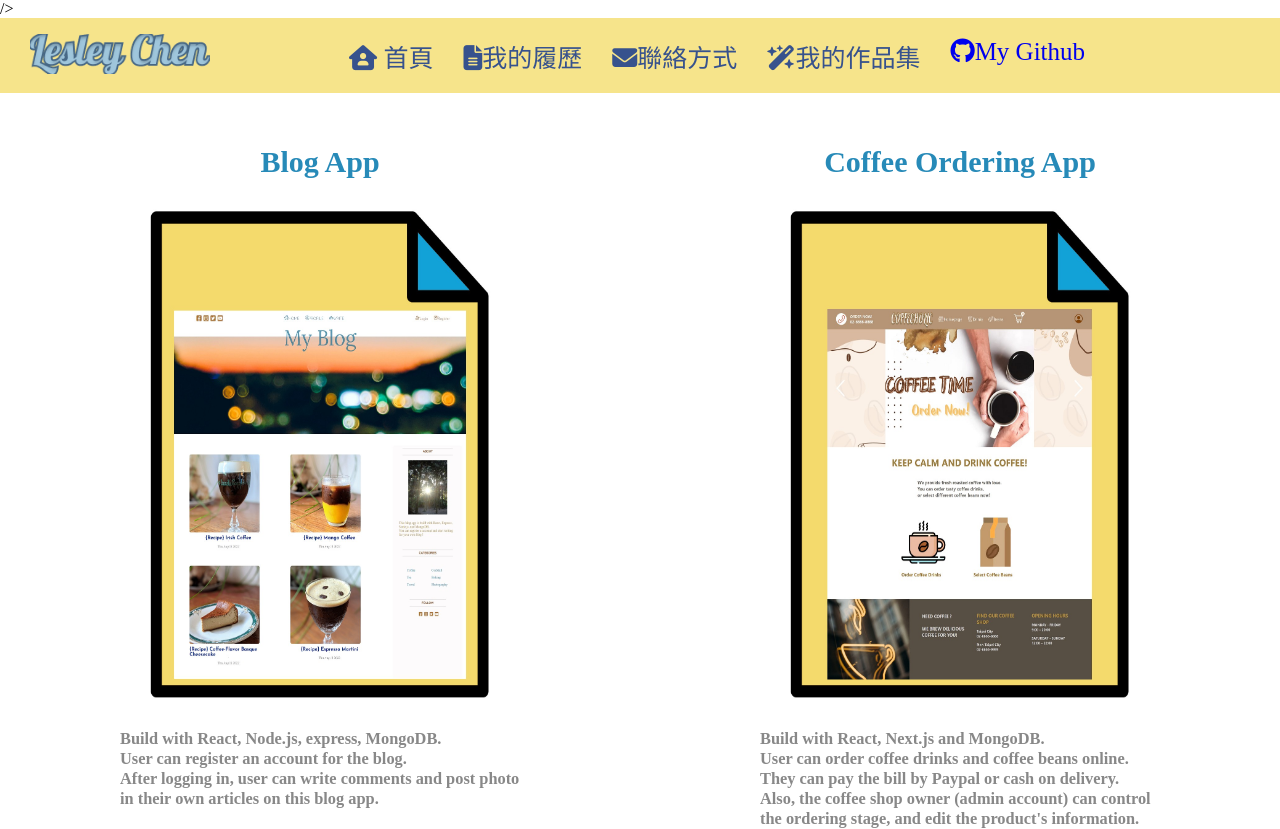
Repository: lcjyc/portfolio-website
Page: /portfolio
The author's editor kept a copy of each file at every save. The page is drawn from the files as they stood at one save, then again after the next save.
The browser window is 1280 px wide. The pictures show the whole page.
Some web libraries are served in a nearby version. The project was rebuilt for these pictures with package versions that can differ from the ones it lists, and the page was loaded fresh each time. Also part of the build but not shown: src/pages/home/home.css, src/pages/home/Home.jsx, src/pages/resume/resume.css, src/pages/resume/Resume.jsx, src/pages/contact/contact.css, src/pages/contact/Contact.jsx.

Above is the page before, as saved 2022-08-21 16:30:59.

After the next save:
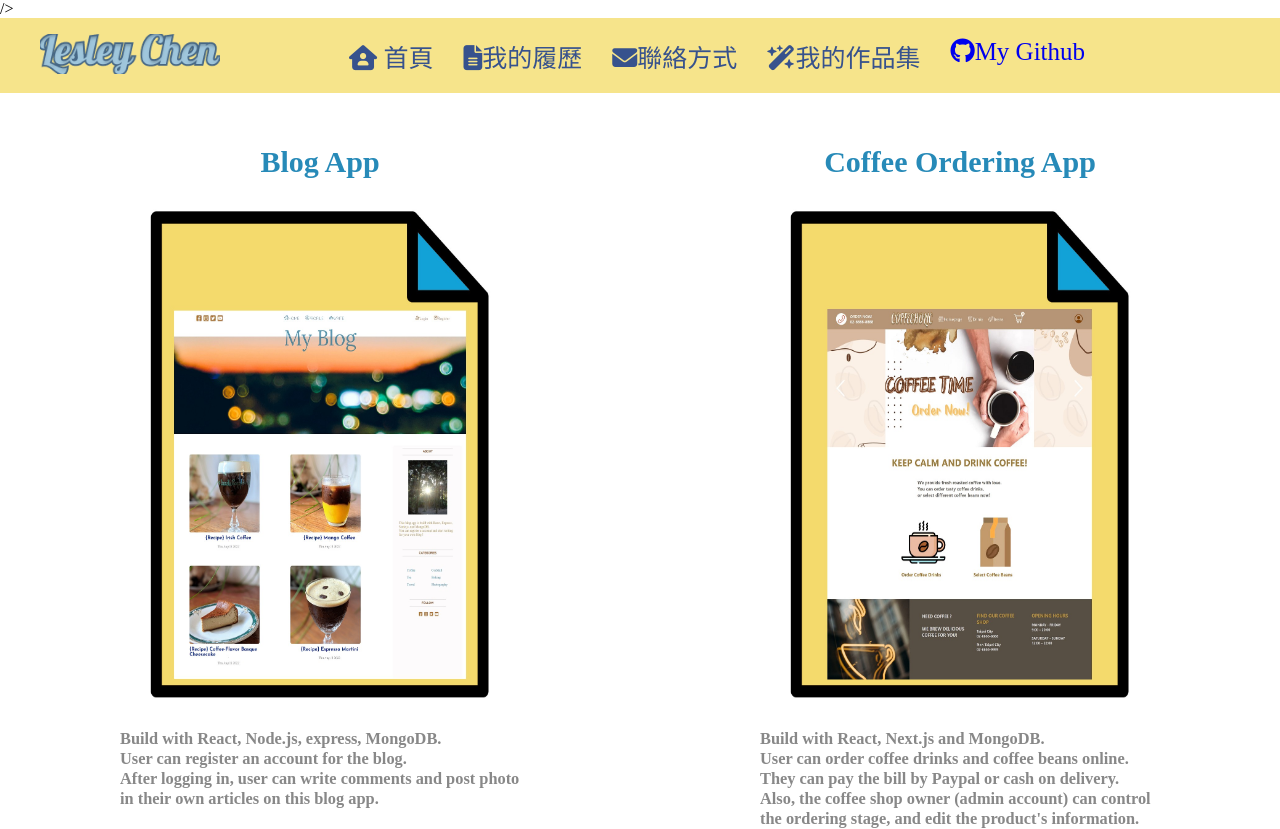
Saved 17 s later.
--- a/src/components/topbar/topbar.css
+++ b/src/components/topbar/topbar.css
@@ -15,7 +15,7 @@
 }
 
 .topImg {
-  margin-left: 30px;
+  margin-left: 40px;
   width: 180px;
   height: 40px;
 }
